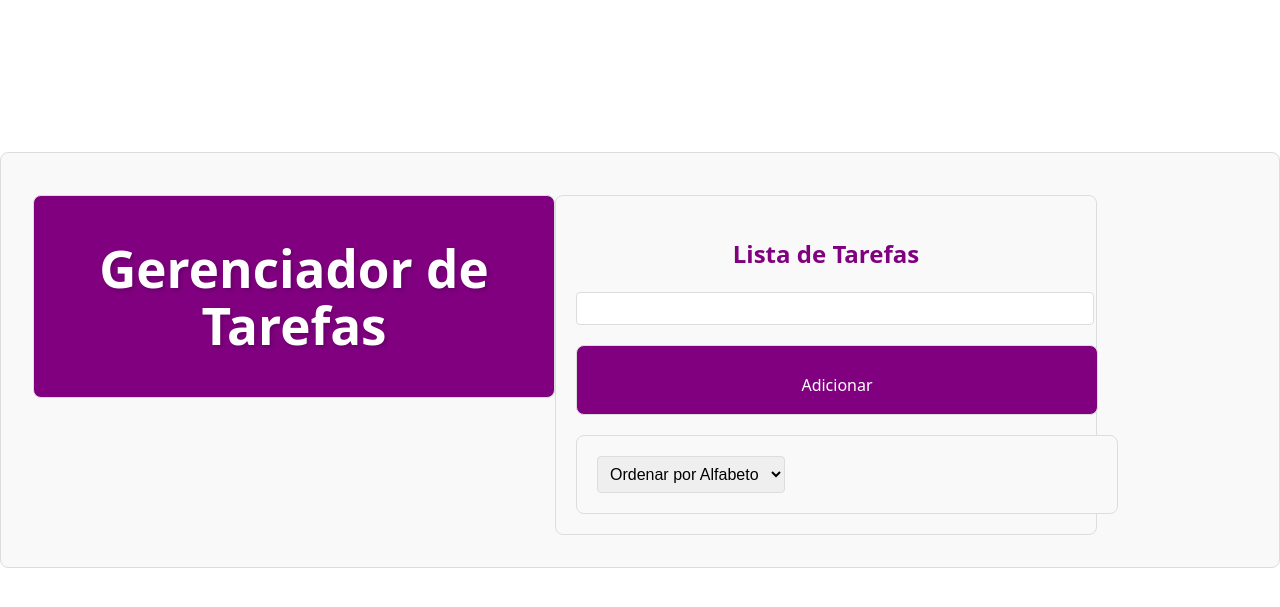
Repository: matheusarrabal12/todo
Page: /
An editor plug-in stored every save of this project. The page is shown before and after a run of saves, followed by the edit.
The browser window is 1280 px wide. The pictures show the whole page.
The project was rebuilt for these pictures with package versions that can differ from the ones it lists, and the page was loaded fresh each time. Also part of the build but not shown: vite.config.js.

Above is the page before, as saved 2025-04-04 10:56:54.

### src/App.jsx
import ListaTarefas from './components/ListaTarefas';

import './App.css';

function App() {
  return(
    < >
    <div class= "divcabeçalho">
    <h1>Gerenciador de Tarefas</h1>
    </div>
    <ListaTarefas />

    </>
  ) ;
}

export default App;

### src/components/ListaTarefas.jsx
import { useState, useEffect } from "react";
import './ListaTarefas.css';

function ListaTarefas() {
  const [tarefas, setTarefa] = useState([]);
  const [novaTarefa, setNovaTarefa] = useState("");
  const [ordenacao, setOrdenacao] = useState("alfabetica");

  useEffect(() => {
    // Serve para recuperar as informações apos atualizar a pagina
    const tarefasSalvas = JSON.parse(localStorage.getItem("tarefas"));
    if (tarefasSalvas) {
      setTarefa(tarefasSalvas);
    }
  }, []);

  useEffect(() => {
    // Salva as tarefas no localStorage sempre que a lista mudar
    localStorage.setItem("tarefas", JSON.stringify(tarefas));
  }, [tarefas]);

  const adicionarTarefa = () => {
    if (novaTarefa.trim() !== "") {
      const novaTarefaObj = { texto: novaTarefa, concluida: false, dataAdicao: new Date() };
      setTarefa([...tarefas, novaTarefaObj]);
      setNovaTarefa("");
    }
  };

  const removerTarefa = (indice) => {
    setTarefa(tarefas.filter((_, i) => i !== indice));
  };

  const marcarTarefaConcluida = (indice) => {
    const novasTarefas = [...tarefas];
    novasTarefas[indice].concluida = !novasTarefas[indice].concluida;
    setTarefa(novasTarefas);
  };

  const ordenarTarefas = (criterio) => {
    let tarefasOrdenadas = [...tarefas];
    if (criterio === "alfabetica") {
      tarefasOrdenadas.sort((a, b) => a.texto.localeCompare(b.texto));
    }
    setTarefa(tarefasOrdenadas);
    setOrdenacao(criterio);
  };

  return (
    <div class = "">
      <h2>Lista de Tarefas</h2>
      <input
        type="text"
        value={novaTarefa}
        onChange={(e) => setNovaTarefa(e.target.value)}
      />
      <div class = "divcabeçalho">
        <button onClick={adicionarTarefa}>Adicionar</button>
        </div>

      <div id="ordenacao">
        <select value={ordenacao} onChange={(e) => ordenarTarefas(e.target.value)}>
          <option value="alfabetica">Ordenar por Alfabeto</option>
        </select>
      </div>

      <ul>
        {tarefas.map((tarefa, indice) => (
          <li key={indice} className={tarefa.concluida ? "concluida" : ""}>
            {tarefa.texto}
            <div>
              <button className="marcar-concluida" onClick={() => marcarTarefaConcluida(indice)}>
                {tarefa.concluida ? "Desmarcar" : "Concluir"}
              </button>
              <button className="remover" onClick={() => removerTarefa(indice)}>Remover</button>
            </div>
          </li>
        ))}
      </ul>
    </div>
  );
}

export default ListaTarefas;

### src/components/ListaTarefas.css
/* Estilos para a lista de tarefas */
h2 {
    text-align: center;
    color: purple;
  }

  h1 {
    text-align: center;
    color: #ffffff;
    text-shadow: 2px 2px 4px rgba(0, 0, 0, 0.2);
  }

  div {
    width: 100%;
    max-width: 500px;
    margin-top: 10px;
    padding: 20px;
    border: 1px solid #ddd;
    border-radius: 8px;
    background-color: #f9f9f9;
    float: inline-start;
    margin-right: auto;
    dis
  }

  input[type="text"] {
    width: 100%;
    padding: 8px;
    margin-bottom: 10px;
    border: 1px solid #ddd;
    border-radius: 4px;
  }

  button {
    padding: 8px 16px;
    background-color: purple;
    color: white;
    border: none;
    border-radius: 4px;
    cursor: pointer;
    font-size: 16px;
    margin-top: 10px;
  }

  button:hover {
    background-color: purple;
  }

  ul {
    list-style-type: none;
    padding: 0;
  }

  li {
    display: flex;
    justify-content: space-between;
    align-items: center;
    padding: 10px;
    margin-bottom: 8px;
    background-color: #fff;
    border: 1px solid #ddd;
    border-radius: 4px;
  }

  li.concluida {
    text-decoration: line-through;
    background-color: #e0e0e0;
  }

  button.remover {
    background-color: #f44336;
  }

  button.remover:hover {
    background-color: #e53935;
  }

  button.marcar-concluida {
    background-color: #2196f3;
  }

  button.marcar-concluida:hover {
    background-color: #1976d2;
  }

  #ordenacao {
    margin-top: 20px;
    display: flex;
    justify-content: space-between;
  }

  #ordenacao select {
    padding: 8px;
    font-size: 16px;
    border-radius: 4px;
    border: 1px solid #ddd;
  }

  .divcabeçalho {
     background: purple;
     color: white;
     padding: 10px;
     text-align: center;
     border-image: auto;
     border-image-slice: 1;
     border-image-width: 1px;
    border-image-outset: 0;
  }

Loaded but not shown: index.html (common file); src/main.jsx (common file); src/index.css (common file); src/App.css (common file)

After the next 2 saves:
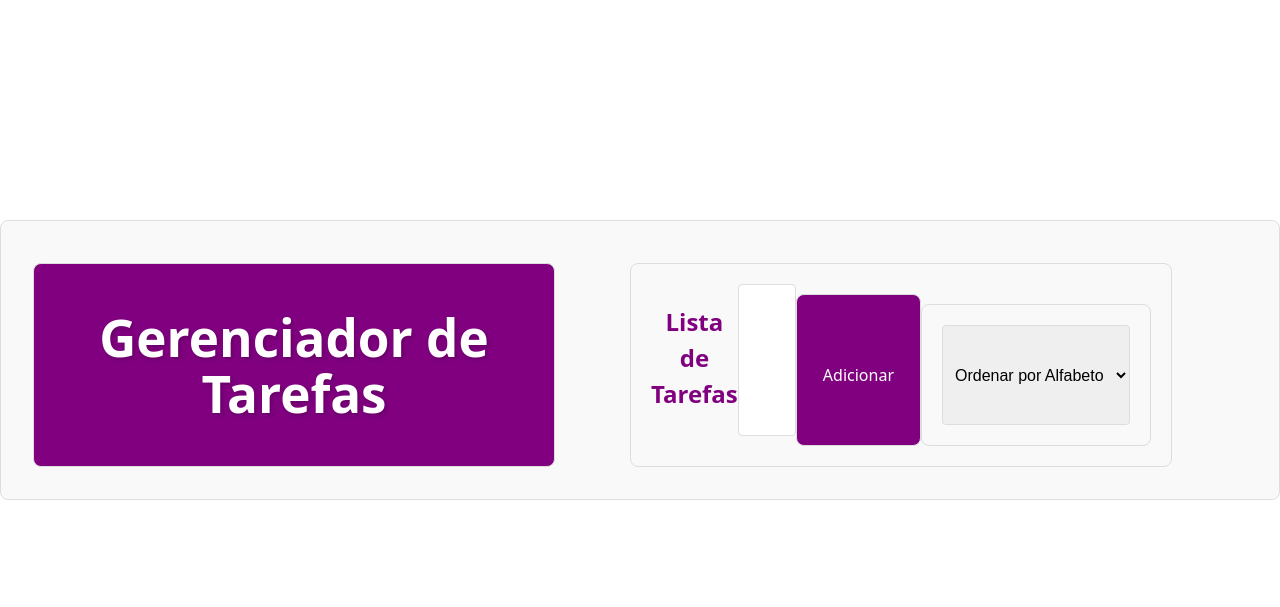
The 2 saves are shown as one change because they came seconds apart.
The last was saved 6 s later.
--- a/src/components/ListaTarefas.css
+++ b/src/components/ListaTarefas.css
@@ -20,7 +20,7 @@ h2 {
     background-color: #f9f9f9;
     float: inline-start;
     margin-right: auto;
-    dis
+    display: flex;
   }
 
   input[type="text"] {
